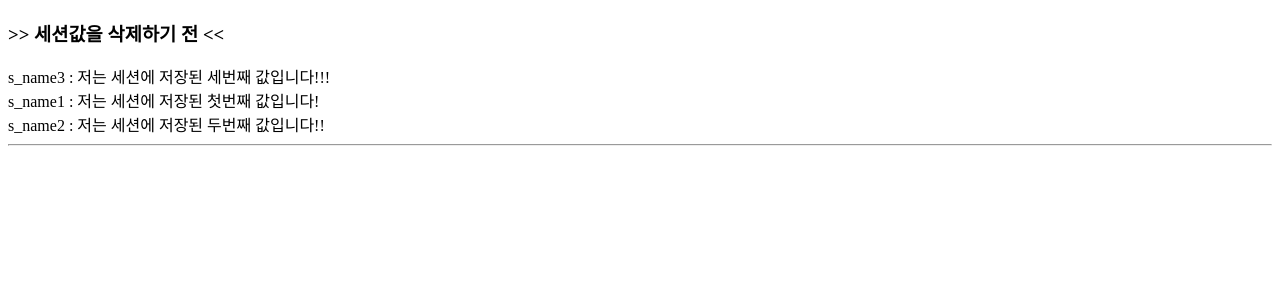
Repository: itrecipe/Web_ez
Page: http://localhost/jspCh05/09_invalidate.jsp
An editor plug-in stored every save of this project. The page is shown before and after the next save, followed by the edit.
The browser window is 1280 px wide. The pictures show the whole page.
The page is served by Tomcat 9.

Above is the page before, as saved 2023-03-31 04:06:49.

### jspCh05/src/main/webapp/09_invalidate.jsp
<%@page import="java.util.Enumeration"%>
<%@ page language="java" contentType="text/html; charset=UTF-8"
    pageEncoding="UTF-8"%>
<!DOCTYPE html>
<html>
<head>
<meta charset="UTF-8">
<title>invalidate</title>
</head>
<body>
<%
	session.setAttribute("s_name1", "저는 세션에 저장된 첫번째 값입니다!");
	session.setAttribute("s_name2", "저는 세션에 저장된 두번째 값입니다!!");
	session.setAttribute("s_name3", "저는 세션에 저장된 세번째 값입니다!!!");
	out.print(" <h3> >> 세션값을 삭제하기 전 << </h3>");
	Enumeration<String> names;
	names = session.getAttributeNames();
	while(names.hasMoreElements()){
		String name = names.nextElement().toString();
		String value = session.getAttribute(name).toString();
		out.println(name + " : " + value + "<br>");
	}

	session.invalidate(); //세션 완전 제거
	out.println("<hr/><h3>");

%>
</body>
</html>

After the next save:
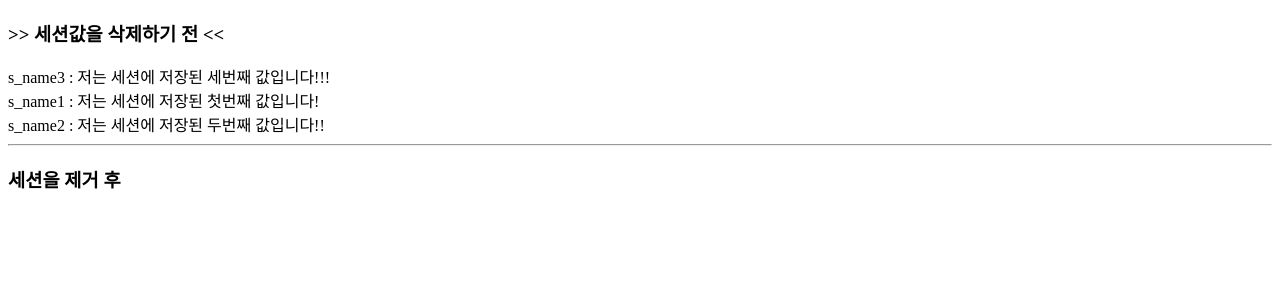
Saved 13 s later.
--- a/jspCh05/src/main/webapp/09_invalidate.jsp
+++ b/jspCh05/src/main/webapp/09_invalidate.jsp
@@ -22,7 +22,7 @@
 	}
 
 	session.invalidate(); //세션 완전 제거
-	out.println("<hr/><h3>");
+	out.println("<hr/><h3>세션을 제거 후");
 
 %>
 </body>
